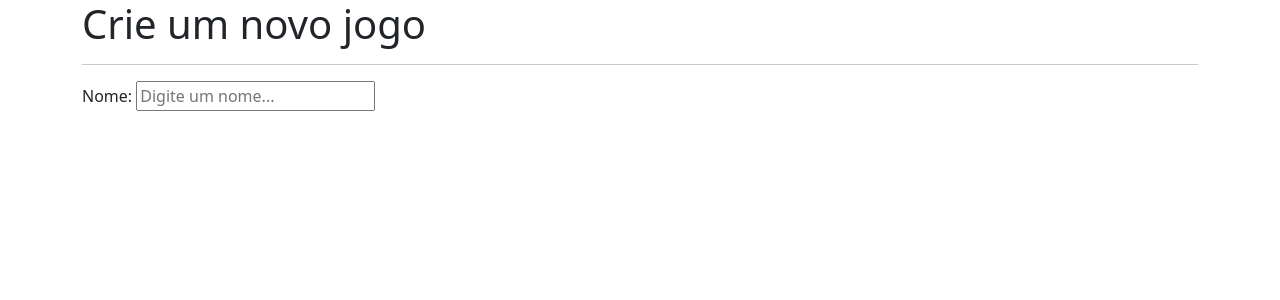
Repository: ytavares/game-registration
Page: http://localhost/jogos/create
These files come from the project's save history. The page is drawn as it stood at one moment and after the next save; the edit follows.
The browser window is 1280 px wide. The pictures show the whole page.
The page is served by the project's Laravel application, run on PHP 8.4 with Laravel 10.

Above is the page before, as saved 2023-09-16 00:00:47.

After the next save:
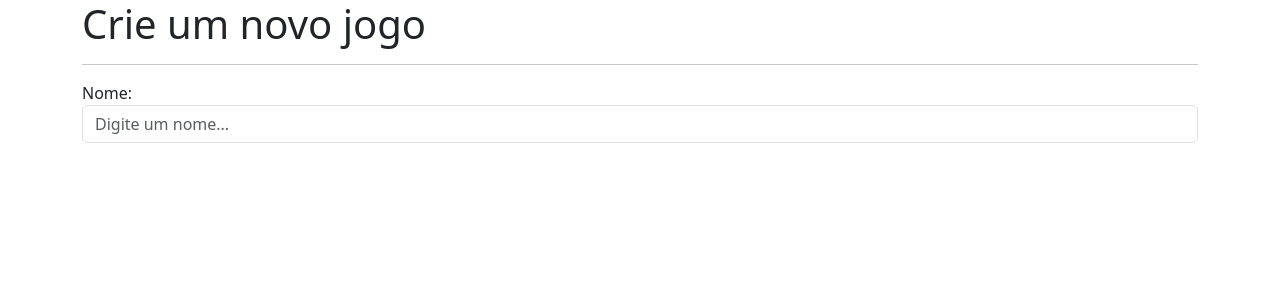
Saved 23 s later.
--- a/resources/views/jogos/create.blade.php
+++ b/resources/views/jogos/create.blade.php
@@ -9,7 +9,7 @@
             <div class="form-group">
                 <div class="form-group">
                     <label for="nome">Nome:</label>
-                    <input type="text" name="nome" placeholder="Digite um nome...">
+                    <input type="text" name="nome" class="form-control" placeholder="Digite um nome...">
                 </div>
             </div>
         </form>
